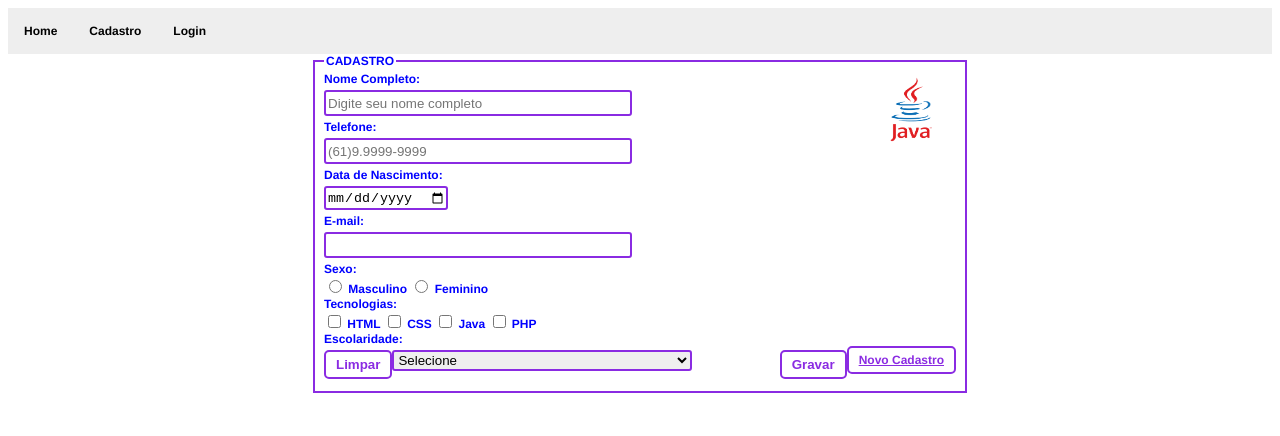
Repository: weristec/form-web
Page: http://localhost/form-cadas-pessoa/form-cadastro.jsp
An editor plug-in stored every save of this project. The page is shown before and after the next save, followed by the edit.
The browser window is 1280 px wide. The pictures show the whole page.
The page is served by Tomcat 9. Nobody is signed in. The application's start-up code is not run. Other server files are loaded and not shown. Queries for data that is not in the repository find no rows.

Above is the page before, as saved 2021-08-23 21:05:14.
Console error: TypeError: Cannot read properties of null (reading 'setAttribute')

### form-cadas-pessoa/src/main/webapp/form-cadastro.jsp
<%@page import="org.senai.dao.PessoaDao"%>
<%@page import="org.senai.model.Pessoa"%>
<%@ page language="java" contentType="text/html; charset=UTF-8"
	pageEncoding="UTF-8"%>
<!DOCTYPE html>
<html>
<head>
<meta charset="UTF-8">
<title>Insert title here</title>
<link rel="stylesheet" href="css/estilo.css">

    <style>
        .bloco-inline label,
        .bloco-inline input,
        .bloco-inline * {
            display: inline;
        }
    </style>
</head>
<body>
	<%@ include file="menu.jsp"%>
	<%
	Pessoa p = new Pessoa();
	try {
		int id = Integer.parseInt(request.getParameter("id"));
		PessoaDao dao = new PessoaDao();
		p = dao.getPessoa(id);
	} catch (Exception e) {
	}
	//out.print(id);
	%>
    <form action="cadastro">
    <input type="hidden" name="id" value="<%=p.getId()%>">
        <fieldset>
            <legend>CADASTRO</legend>
            <img id="img-java" src="img/java.png" alt="imagem java">
            <label for="nome">Nome Completo:</label>
            <input class="larguraTexto" type="text" id="nome" name="nome"
                placeholder="Digite seu nome completo" value="<%=p.getNomeCompleto()%>">

            <label for="telefone">Telefone:</label>
            <input class="larguraTexto" type="text" placeholder="(61)9.9999-9999"
            	 id="tel" name="tel" value="<%=p.getTelefone()%>">

            <label for="dtNascimento">Data de Nascimento:</label>
            <input class="larguraTexto" type="date"
            	 id="nasc" name="nasc" value="<%=p.getDtNascimento()%>">

            <label for="email">E-mail:</label>
            <input class="larguraTexto" type="email" id="email"
            	name="email" value="<%=p.getEmail()%>">

            <label for="sexo">Sexo:</label>
            <div class="bloco-inline">
                <input type="radio" id="masc" name="sexo" value="m"> <label for="masc"> Masculino</label>
                <input type="radio" id="fem" name="sexo" value="f"> <label for="fem"> Feminino</label>
            </div>

            <label for="">Tecnologias:</label>
            <div class="bloco-inline">
                <input type="checkbox" id="html" name="tecnologia" value="html"> <label for="html"> HTML</label>
                <input type="checkbox" id="css" name="tecnologia" value="css"><label for="css"> CSS</label>
                <input type="checkbox" id="java" name="tecnologia" value="java"><label for="java"> Java</label>
                <input type="checkbox" id="php" name="tecnologia" value="php"><label for="php"> PHP</label>
            </div>

            <label for="">Escolaridade:</label>
            <select name="escolaridade" id="escolaridade">
                <option value="">Selecione</option>
                <option value="Fundamental">Fundamental</option>
                <option value="Ensino Médio">Ensino Médio</option>
                <option value="Superior">Superior</option>
            </select>
            <a class="bt" href="formCadastro.jsp">Novo Cadastro</a>

            <%
			if (p.getId() > 0) {
			%>
			<a class="bt" onclick="return confirm('Você realmente quer apagar esse registro?');"
				href="cadastro?id=<%=p.getId()%>&acao=apagar">Apagar</a>
			<%
			} else {
			%>
			<input type="reset" class="bt" value="Limpar" style="float:left">
			<%
			}
			%>
            <input type="reset" class="bt" value="Gravar">
        </fieldset>
    </form>
    <script type="text/javascript">
		var lsSexo = document.getElementsByName("sexo");
		for (i in lsSexo) {
			if (lsSexo[i].value == '<%=p.getSexo()%>') {
				lsSexo[i].setAttribute('checked', 'checked');
			}
		}

		document.getElementById("escolaridade").value = "<%=p.getEscolaridade()%>";
	<%
	for (String t : p.getTecnologia()) {
	out.println("document.getElementById('" + t + "').setAttribute('checked', 'checked')");
	}
	%>

	</script>
	<div id="tb">
		<%@include file="listaPessoas.jsp" %>
	</div>
</body>
</html>

### form-cadas-pessoa/src/main/webapp/menu.jsp
<%@ page language="java" contentType="text/html; charset=UTF-8"
	pageEncoding="UTF-8"%>


<style>
ul {
	background-color: #eee;
	list-style-type: none;
	margin: 0;
	padding: 0;
	overflow: hidden;
}
li {
	float: left;
}
li a {
	color: black;
	padding: 16px;
	display: block;
	text-align: center;
	text-decoration: none;
}
li a:hover {
	background-color: #ddd;
}
</style>
<ul>
	<li><a href="index.jsp">Home</a></li>
	<li><a href="form-adastro.jsp">Cadastro</a></li>
	<li><a href="login.jsp">Login</a></li>
</ul>

### form-cadas-pessoa/src/main/webapp/listaPessoas.jsp
<%@page import="org.senai.model.Pessoa"%>
<%@page import="java.util.List"%>
<%@page import="org.senai.dao.PessoaDao"%>
<%@page import="java.sql.ResultSet"%>
<%@page import="java.sql.PreparedStatement"%>
<%@ page import="java.sql.Connection"%>
<%@ page import="org.senai.db.Conexao"%>
<%@ page language="java" contentType="text/html; charset=UTF-8"
	pageEncoding="UTF-8"%>

	<%
	PessoaDao objDao = new PessoaDao();
	List<Pessoa> ls = objDao.listaPessoa();
	if (ls.size() > 0) {
	%>
	<table>
		<tr>
			<th>ID</th>
			<th>Nome</th>
			<th>E-mail</th>
			<th>Ação</th>
		</tr>

		<%
		for (Pessoa ps : ls) {
		%>
		<tr>
			<td><%=ps.getId()%></td>
			<td><%=ps.getNomeCompleto()%></td>
			<td><%=ps.getEmail()%></td>
			<td><a href="form-cadastro.jsp?id=<%=ps.getId()%>" >Editar</a>
 			<a href="cadastro?acao=apagar&id=<%=ps.getId()%>" >Apagar</a></td>
		</tr>
		<%
		}
		%>

	</table>
	<%
	}
	%>

### form-cadas-pessoa/src/main/java/org/senai/model/Pessoa.java
package org.senai.model;

public class Pessoa {

	private int id;
	private String nome = "";
	private String tel = "";
	private String nasc = "";
	private String email = "";
	private String sexo = "";
	private String[] tecnologia = {""};
	private String escolaridade = "";

	public int getId() {
		return id;
	}

	public void setId(int id) {
		this.id = id;
	}

	public String getNomeCompleto() {
		return nome;
	}

	public void setNomeCompleto(String nome) {
		this.nome = nome;
	}

	public String getTelefone() {
		return tel;
	}

	public void setTelefone(String tel) {
		this.tel = tel;
	}

	public String getDtNascimento() {
		return nasc;
	}

	public void setDtNascimento(String nasc) {
		this.nasc = nasc;
	}

	public String getEmail() {
		return email;
	}

	public void setEmail(String email) {
		this.email = email;
	}

	public String getSexo() {
		return sexo;
	}

	public void setSexo(String sexo) {
		this.sexo = sexo;
	}

	public String[] getTecnologia() {
		return tecnologia;
	}

	public void setTecnologia(String[] tecnologia) {
		this.tecnologia = tecnologia;
	}

	public String getEscolaridade() {
		return escolaridade;
	}

	public void setEscolaridade(String escolaridade) {
		this.escolaridade = escolaridade;
	}

}

### form-cadas-pessoa/src/main/java/org/senai/dao/PessoaDao.java
package org.senai.dao;

import java.io.PrintWriter;
import java.sql.Connection;
import java.sql.PreparedStatement;
import java.sql.ResultSet;
import java.util.ArrayList;
import java.util.List;

import org.senai.db.Conexao;
import org.senai.model.Pessoa;

public class PessoaDao {
	//ADD
	public boolean adicionar(Pessoa objP) {
		String lsTecnologia = "";
		for (String t : objP.getTecnologia()) {
			lsTecnologia += t + ",";
		}
		try {
			Connection cont = Conexao.conectar();

			String sql = "insert into pessoa (nome, tel, nasc, email, sexo, tecnologia, escolaridade ) "
					+ "values('" + objP.getNomeCompleto() + "', '" + objP.getTelefone() + "', '"
					+ objP.getDtNascimento() + "', '" + objP.getEmail() + "', '" + objP.getSexo() + "', '"
					+ lsTecnologia + "', '" + objP.getEscolaridade() + "') ";
			PreparedStatement pst = cont.prepareStatement(sql);
			pst.execute();
			pst.close();
			cont.close();
			return true;
		} catch (Exception e) {
			e.printStackTrace();
		}
		return false;
	}

	//READ
	public List<Pessoa> listaPessoa(){
		List<Pessoa> ls = new ArrayList<>();
		try {
			Connection cont = Conexao.conectar();
			PreparedStatement pst = cont.prepareStatement("select * from pessoa order by id");
			ResultSet rs = pst.executeQuery();
			while (rs.next()) {
				Pessoa p = new Pessoa();
				p.setNomeCompleto(rs.getString("nome"));
				p.setEmail(rs.getString("email"));
				p.setId(rs.getInt("id"));
				ls.add(p);
			}
			cont.close();
		} catch (Exception e) {
			e.printStackTrace();
		}
		return ls;
	}

	public Pessoa getPessoa(int id) {
		Pessoa p = new Pessoa();
		try {
			Connection cont = Conexao.conectar();
			PreparedStatement pst = cont.prepareStatement("select * from pessoa where id = ? ");
			pst.setInt(1, id);
			ResultSet rs = pst.executeQuery();
			while (rs.next()) {
				p.setNomeCompleto(rs.getString("nome"));
				p.setEmail(rs.getString("email"));
				p.setTelefone(rs.getString("tel"));
				p.setDtNascimento(rs.getString("nasc"));
				p.setSexo(rs.getString("sexo"));
				p.setTecnologia(rs.getString("tecnologia").split(","));
				p.setEscolaridade(rs.getString("escolaridade"));
				p.setId(rs.getInt("id"));
			}
			cont.close();
		} catch (Exception e) {
			e.printStackTrace();
		}

		return p;
	}

	//UPDATE
	public boolean alterar(Pessoa objP) {
		String lsTecnologia = "";
		for (String t : objP.getTecnologia()) {
			lsTecnologia += t + ",";
		}
		try {
			Connection cont = Conexao.conectar();

			String sql = " update pessoa set "
					+ "nome   = ?,"
					+ "tel        = ?,"
					+ "nasc   = ?,"
					+ "email           = ?,"
					+ "sexo            = ?,"
					+ "tecnologia      = ?,"
					+ "escolaridade    = ?"
					+ "where "
					+ "id				= ?";

			PreparedStatement pst = cont.prepareStatement(sql);
			pst.setString(1, objP.getNomeCompleto());
			pst.setString(2, objP.getTelefone());
			pst.setString(3, objP.getDtNascimento());
			pst.setString(4, objP.getEmail());
			pst.setString(5, objP.getSexo());
			pst.setString(6, lsTecnologia);
			pst.setString(7,objP.getEscolaridade());
			pst.setInt(8, objP.getId());

			pst.execute();
			pst.close();
			cont.close();
			return true;
		} catch (Exception e) {
			e.printStackTrace();
		}
		return false;
	}

	//DELETE
	public boolean apagar(int id) {
		try {
			Connection cont = Conexao.conectar();

			String sql = " delete from pessoa where  id = ?";

			PreparedStatement pst = cont.prepareStatement(sql);
			pst.setInt(1, id);

			pst.execute();
			pst.close();
			cont.close();
			return true;
		} catch (Exception e) {
			e.printStackTrace();
		}
		return false;
	}



}

### form-cadas-pessoa/src/main/java/org/senai/db/Conexao.java
package org.senai.db;
import java.sql.Connection;
import java.sql.DriverManager;

public class Conexao {
	public static Connection conectar() {
		try {
			Class.forName("org.postgresql.Driver");
			String url = "jdbc:postgresql://chunee.db.elephantsql.com:5432/wbuhhaks";
			String usuarioDb = "wbuhhaks";
			String senhaDb = "a0p5pPiSOLKrxzPs0yj5BggNfrSUGfQJ";
			return DriverManager.getConnection(url, usuarioDb, senhaDb);
		} catch (Exception e) {
			// TODO Auto-generated catch block
			System.out.println("Erro de conexão");
			e.printStackTrace();
			return null;

		}

	}
}

### form-cadas-pessoa/src/main/webapp/css/estilo.css
fieldset {
    width: 50%;
    margin: auto;
    border: 2px solid blueviolet;
}

body {
    font-family: Helvetica, sans-serif;
    font-size: 12px;
    font-weight: bold;
    color: blue;
  }

label,
input,
.classe,
#identificacao {
    display: block;
}

input[type=text], input[type=email], input[type=password], select{
    width: 300px;
}

input, select {
    margin-top: 4px;
    margin-bottom: 4px;
    border: 2px solid blueviolet;
    border-radius: 3px;

}

.larguraTexto{
    height: 20px;
}

.bt {
    border: 2px solid blueviolet;
    background-color: white;
    font-weight: bold;
    color:blueviolet;
    padding: 5px 10px;
    border-radius: 5px;
    float: right;
}
.bt3{
	width: 100px;
	border: 2px solid blueviolet;
    background-color: white;
    font-weight: bold;
    color:blueviolet;
    padding: 5px 10px;
    border-radius: 5px;
    text-align: center;
}

.bt:hover {
    cursor: pointer;
    background-color: blueviolet;
    color: white;
}


#img-java{
    float: right;
    height: 75px;
    width: 90px;
}

After the next save:
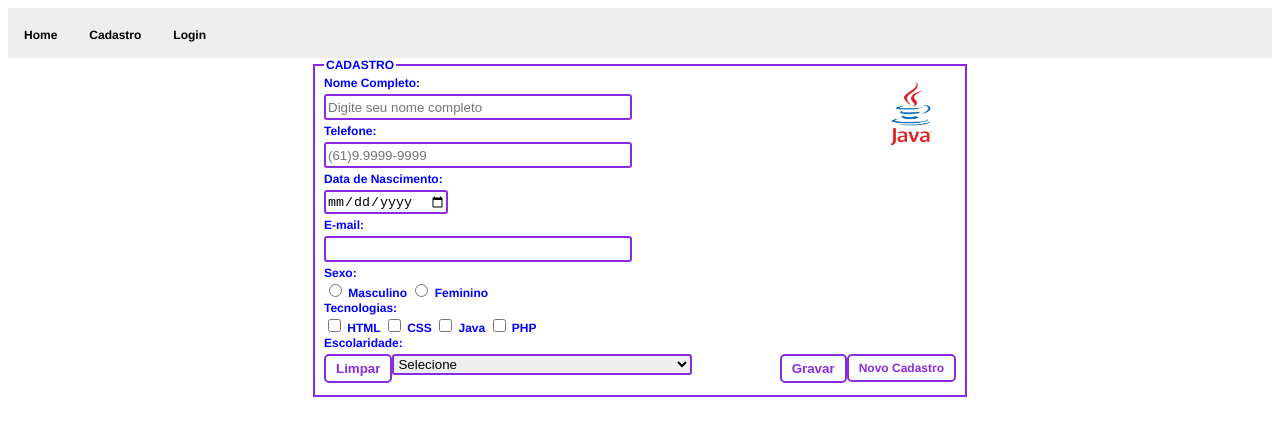
Saved 6 min 17 s later.
--- a/form-cadas-pessoa/src/main/webapp/css/estilo.css
+++ b/form-cadas-pessoa/src/main/webapp/css/estilo.css
@@ -66,3 +66,44 @@
     height: 75px;
     width: 90px;
 }
+
+#tb {
+	width: 50%;
+	margin: auto;
+	margin-top: 6px;
+}
+
+#estilo-tb {
+	font-family: Arial, Helvetica, sans-serif;
+	border-collapse: collapse;
+	color: black;
+	width: 100%;
+}
+
+#estilo-tb td, #estilo-tb th {
+	border: 1px solid #ddd;
+	padding: 8px;
+}
+
+#estilo-tb tr:nth-child(even) {
+	background-color: #f2f2f2;
+}
+
+#estilo-tb tr:hover {
+	background-color: #ddd;
+	cursor: pointer;
+}
+
+#estilo-tb th {
+	padding-top: 12px;
+	padding-bottom: 12px;
+	text-align: left;
+	background-color: blueviolet;
+	color: white;
+}
+
+a {
+	text-decoration: none;
+	margin-top: 4px;
+
+}
